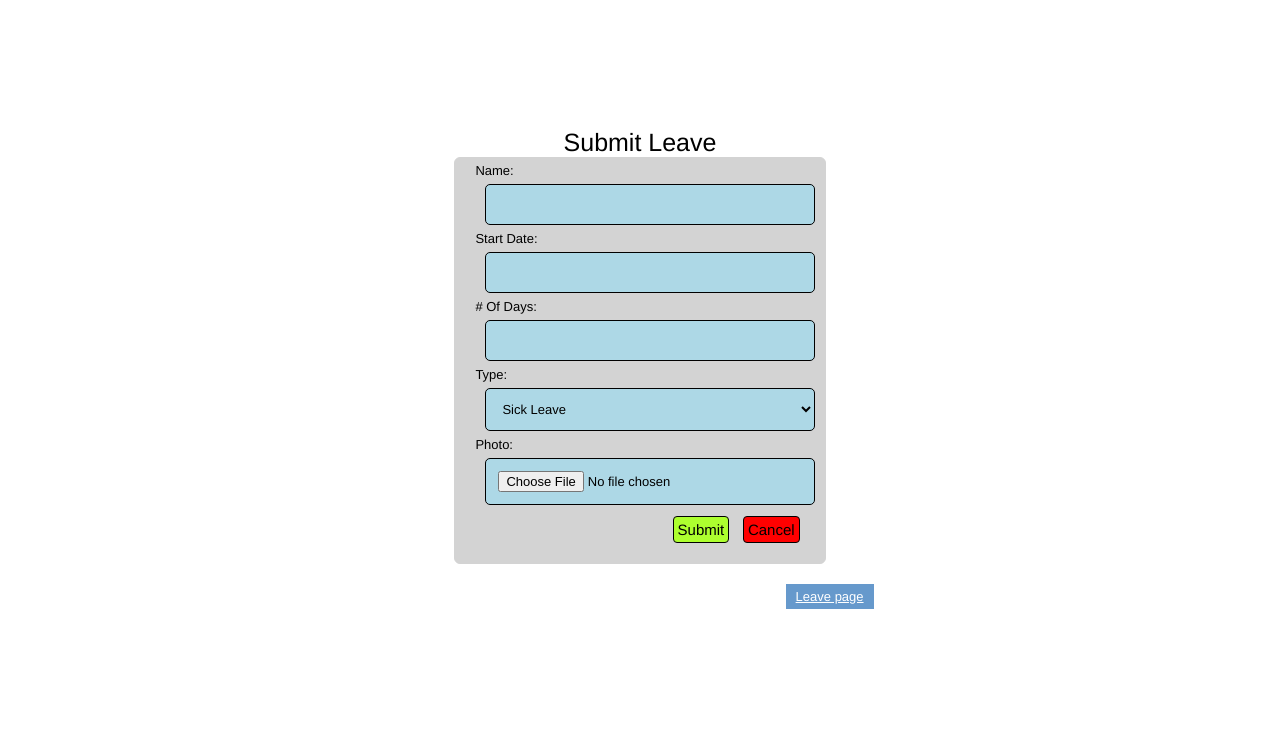
Repository: Murad71/BasicCRUD
Page: index.html
An editor plug-in stored every save of this project. The page is shown before and after the next save, followed by the edit.
The browser window is 1280 px wide. The pictures show the whole page.

Above is the page before, as saved 2023-04-18 21:35:23.

After the next save:
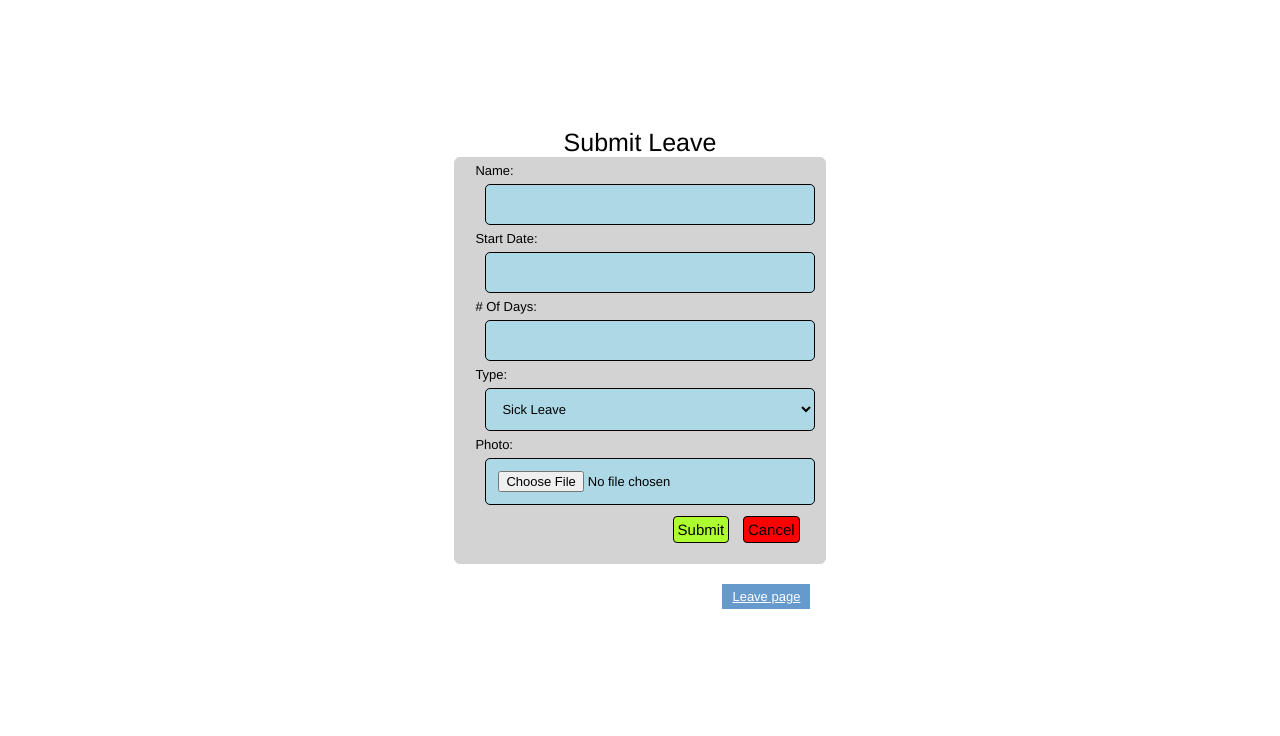
Saved 18 s later.
--- a/index.css
+++ b/index.css
@@ -60,7 +60,7 @@ input[type="reset"].cancel {
 }
 
 .anchorContainer {
-  margin-left: 30%;
+  margin-left: 20%;
 }
 
 a {
